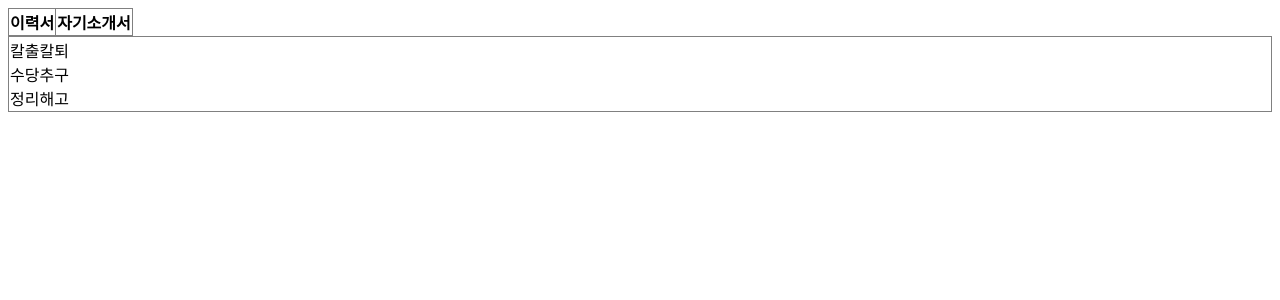
Repository: porivas/140630_Java
Page: http://localhost/web4_resume/totalLayout.jsp
An editor plug-in stored every save of this project. The page is shown before and after the next save, followed by the edit.
The browser window is 1280 px wide. The pictures show the whole page.
The page is served by Tomcat 9.

Above is the page before, as saved 2014-09-25 07:44:59.

After the next save:
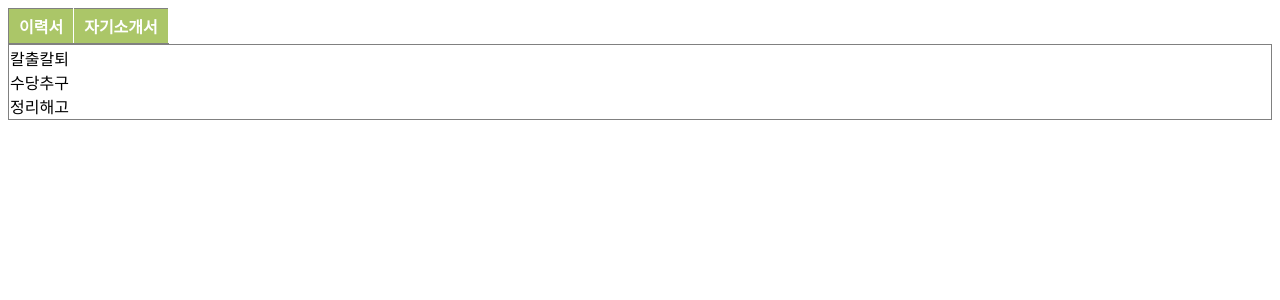
Saved 32 s later.
--- a/web4_resume/WebContent/totalLayout.jsp
+++ b/web4_resume/WebContent/totalLayout.jsp
@@ -25,7 +25,7 @@
 			.ex1 tfoot tr {border-top:6px solid #E9F7F6; color:#1BA6B2}
 			.ex1 tfoot th {text-align:left; padding-left:10px}
 		</style>
-		<table border="1" >
+		<table class="ex1" border="1" >
 			<tr align = "left">
 				<thead><th scope="col">이력서</th><th scope="col">자기소개서</th></thead>
 			</tr>
